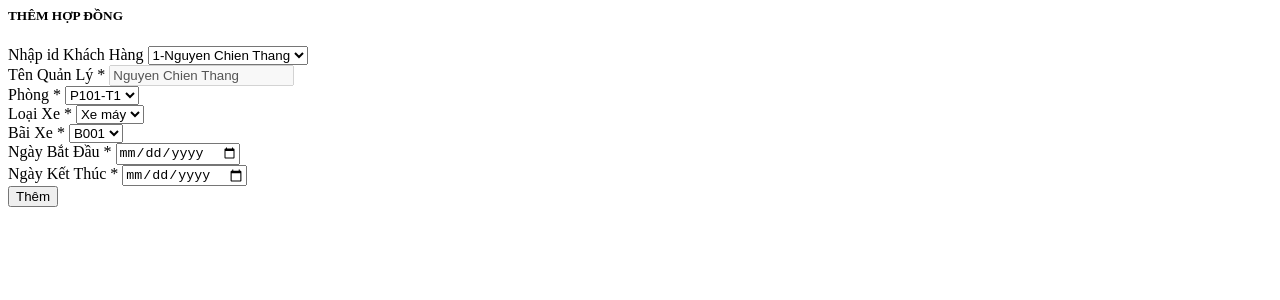
Repository: NguyenChienThangB1910143/QL_ChungCy
Page: http://localhost/hopdong/them
These files come from the project's save history. The page is drawn as it stood at one moment and after the next save; the edit follows.
The browser window is 1280 px wide. The pictures show the whole page.
The page is served by the project's Laravel application, run on PHP 8.4 with Laravel 10. The first stored user is signed in. Other server files are loaded and not shown. The database holds what the project's SQL file puts in it. Queries for data that is not in the repository find no rows.

Above is the page before, as saved 2023-08-28 13:09:16.

### routes/web.php
<?php
use App\Http\Controllers\Auth\LogoutController;
use App\Http\Controllers\Auth\LoginController;
use App\Http\Controllers\BaiXeController;
use App\Http\Controllers\HomeController;
use App\Http\Controllers\HopDongController;
use App\Http\Controllers\PhongController;
use App\Http\Controllers\ThongKeController;
use App\Http\Controllers\TaiKhoanController;
use App\Http\Controllers\TangController;
use App\Http\Controllers\ToaController;
use Illuminate\Support\Facades\Route;

/*
|--------------------------------------------------------------------------
| Web Routes
|--------------------------------------------------------------------------
|
| Here is where you can register web routes for your application. These
| routes are loaded by the RouteServiceProvider and all of them will
| be assigned to the "web" middleware group. Make something great!
|
*/

Route::get('/', function () {
    return view('chungcu');
});
//router login
Route::get('/login', [LoginController::class, 'getLogin'])->name('login');;
Route::post('/login', [LoginController::class, 'postLogin'])->name('post-login');
Route::any('/forgotpassword', [LoginController::class, 'forgotpassword'])->name('forgot-password');
Route::group(['middleware' => 'auth'], function () {
    // router home
    Route::get('/', [HomeController::class, 'index'])->name('home');
    Route::get('/logout', [LogoutController::class, 'getLogout'])->name('logout');
    //phong
    Route::get('/phong', [PhongController::class, 'index'])->name('phong');
    Route::get('/phong/them', [PhongController::class, 'them'])->name('phong-them');
    Route::post('/phong/them', [PhongController::class, 'store'])->name('phong-store');
    Route::get('/phong/chinhsua/{id_phong}', [PhongController::class, 'chinhsua'])->name('phong-chinhsua');
    Route::post('/phong/update/{id_phong}', [PhongController::class, 'update'])->name('phong-update');
    // hop dong
    Route::get('/hopdong', [HopDongController::class, 'index'])->name('hopdong');
    Route::get('/hopdong/capnhat/{id_hopdong}', [HopDongController::class, 'capnhat'])->name('hopdong-capnhat');
    Route::post('/hopdong/update/{id_hopdong}', [HopDongController::class, 'update'])->name('hopdong-update');
    Route::get('/hopdong/them', [HopDongController::class, 'them'])->name('hopdong-them');
    Route::post('/hopdong/them', [HopDongController::class, 'store'])->name('hopdong-store');
    Route::get('/hopdong/chitiet/{id_hopdong}', [HopDongController::class, 'chitiet'])->name('hopdong-chitiet');
    // Tang
    Route::get('/tang', [TangController::class, 'index'])->name('tang');
    Route::get('/tang/them', [TangController::class, 'them'])->name('tang-them');
    Route::post('/tang/them', [TangController::class, 'store'])->name('tang-store');
    Route::get('/tang/chinhsua/{id_tang}', [TangController::class, 'chinhsua'])->name('tang-chinhsua');
    Route::post('/tang/update/{id_tang}', [TangController::class, 'update'])->name('tang-update');
    // tai khoan
    Route::get('/taikhoan', [TaiKhoanController::class, 'index'])->name('taikhoan');
    Route::get('/taikhoan/them', [TaiKhoanController::class, 'them'])->name('taikhoan-them');
    Route::post('/taikhoan/them', [TaiKhoanController::class, 'store'])->name('taikhoan-store');
    Route::get('/taikhoan/chinhsua/{id}', [TaiKhoanController::class, 'chinhsua'])->name('taikhoan-chinhsua');
    Route::post('/taikhoan/update/{id}', [TaiKhoanController::class, 'update'])->name('taikhoan-update');
    // thong ke
    Route::get('/thongke', [ThongKeController::class, 'index'])->name('thongke');
    // bai xe
    Route::get('/baixe', [BaiXeController::class, 'index'])->name('baixe');
    Route::get('/baixe/them', [BaiXeController::class, 'them'])->name('baixe-them');
    Route::post('/baixe/them', [BaiXeController::class, 'store'])->name('baixe-store');
    Route::get('/baixe/chinhsua/{id_baixe}', [BaiXeController::class, 'chinhsua'])->name('baixe-chinhsua');
    Route::post('/baixe/update/{id_baixe}', [BaiXeController::class, 'update'])->name('baixe-update');
    //toa
    Route::get('/toa', [ToaController::class, 'index'])->name('toa');
    Route::get('/toa/them', [ToaController::class, 'them'])->name('toa-them');
    Route::post('/toa/them', [ToaController::class, 'store'])->name('toa-store');
    Route::get('/toa/chinhsua/{id_toa}', [ToaController::class, 'chinhsua'])->name('toa-chinhsua');
    Route::post('/toa/update/{id_toa}', [ToaController::class, 'update'])->name('toa-update');

});

### app/Models/User.php
<?php

namespace App\Models;

// use Illuminate\Contracts\Auth\MustVerifyEmail;
use Illuminate\Database\Eloquent\Factories\HasFactory;
use Illuminate\Foundation\Auth\User as Authenticatable;
use Illuminate\Notifications\Notifiable;
use Laravel\Sanctum\HasApiTokens;

class User extends Authenticatable
{
    use HasApiTokens, HasFactory, Notifiable;

    protected $table = 'users';


    protected $primarykey = 'id';

    protected $fillable = [
        'name',
        'ngaysinh',
        'email',
        'sdt',
        'password',
        'quyen',
        'STK'
    ];

    public $timestamps = true;

    /**
     * The attributes that should be cast to native types.
     *
     * @var array
     */

    public function setPasswordAttribute($value)
    {
        $this->attributes['password'] = bcrypt($value);
    }
}

### app/Http/Controllers/HopDongController.php
<?php

namespace App\Http\Controllers;

use App\Http\Controllers\Controller;
use App\Models\BaiXe;
use Illuminate\Http\Request;
use App\Models\HopDong;
use App\Models\User;
use App\Models\Phong;
use Illuminate\Support\Facades\Auth;
use Session;
class HopDongController extends Controller
{
    public function index()
    {
        $title = 'Hợp Đồng';
        $breadcrumbs = [
            [
                'name' => 'Hợp Đồng',
                'link' => './hopdong'
            ]
        ];
        $hopdong = HopDong::join('users as user', 'user.id', '=', 'hopdong.id_user')
                  ->join('users as ql', 'ql.id', '=', 'hopdong.id_ql')
                  ->join('phong', 'phong.id_phong', '=', 'hopdong.id_phong')
                  ->join('baixe', 'baixe.id_baixe', '=', 'hopdong.id_baixe')
                  ->select(
                      'hopdong.*',
                      'user.name as ten_user',
                      'ql.name as ten_ql',
                      'phong.ten as ten_phong',
                      'baixe.ms as ms_baixe'
                  )
                  ->paginate(5);


        return view('hopdong/hopdong', compact('title', 'hopdong', 'breadcrumbs'));
    }
    public function capnhat(Request $request)
    {
        $title = 'Hợp Đồng';

        $breadcrumbs = [
            [
                'name' => 'Hợp đồng',
                'link' => '../'
            ], [
                'name' => 'Cập nhật',
                'link' => './' . $request->id_hopdong
            ]
        ];
        $capnhathopdong = HopDong::join('users as user', 'user.id', '=', 'hopdong.id_user')
        ->join('users as ql', 'ql.id', '=', 'hopdong.id_ql')
        ->join('phong', 'phong.id_phong', '=', 'hopdong.id_phong')
        ->join('baixe', 'baixe.id_baixe', '=', 'hopdong.id_baixe')
        ->select(
            'hopdong.*',
            'user.name as ten_user',
            'ql.name as ten_ql',
            'phong.ten as ten_phong',
            'baixe.ms as ms_baixe'
        )->where('id_hopdong', $request->id_hopdong)->get();

        return view('hopdong/capnhat', compact('title', 'capnhathopdong', 'breadcrumbs'));
    }
    public function update(Request $request)
    {
        // dd($request);
        $user = User::where('name', $request->ten_user)->first();
        $userql= User::Where('name',$request->ten_ql)->first();
        $phong = Phong::where('ten', $request->ten_phong)->first();
        $baixe = Baixe::where('ms', $request->ms_baixe)->first();
        $suahopdong = HopDong::where('id_hopdong', $request->id_hopdong)->update([
            'id_hopdong' => $request->id_hopdong,
            'id_user' => $user->id,
            'id_ql' => $userql->id,
            'id_phong' => $phong->id_phong,
            'id_baixe' => $baixe->id_baixe,
            'ngaybatdau' => $request->ngaybatdau,
            'ngayketthuc' => $request->ngayketthuc,
        ]);
        if ($suahopdong) {
            Session::flash('success', 'Cập nhật thành công.');
            return response()->json(['status' => 'success', 'message' => 'Cập nhật thành công.']);
        }

        return redirect()->route('hopdong')->with('success', 'Sửa không thành công, không được chỉnh sửa mã hợp đồng');
    }
    public function them()
    {
        $title = 'Hợp đồng';
        $breadcrumbs = [
            [
                'name' => 'Hợp đồng',
                'link' => './'
            ], [
                'name' => 'Thêm',
                'link' => './them'
            ]
        ];
        $hopdong = hopdong::get();
        $user =User::get();
        $baixe=BaiXe::get();
        $phong=Phong::get();
        return view('hopdong/them', compact('title', 'breadcrumbs', 'hopdong','user', 'phong', 'baixe'));
    }
    public function store(Request $request)
    {
        // Lấy id người dùng đang đăng nhập
         $id_ql = Auth::user()->id;

        // Lấy id người dùng được chọn từ request

        // Tạo hợp đồng mới
            $addhopdong = new HopDong();

            $addhopdong->id_user = $request->user;
            $addhopdong->id_ql = $id_ql;
            $addhopdong->id_phong = $request->phong;
            $addhopdong->id_baixe = $request->baixe;
            $addhopdong->ngaybatdau = $request->input('ngaybatdau');
            $addhopdong->ngayketthuc = $request->input('ngayketthuc');
            $addhopdong->save();

    // Hiển thị danh sách hợp đồng
    return redirect()->route('hopdong')->with('success', 'Thêm thành công');
}
public function chitiet(Request $request)
{
    $title = 'Hợp đồng';
    $breadcrumbs = [
        [
            'name' => 'Hợp đồng',
            'link' => '../'
        ], [
            'name' => 'Chi tiết',
            'link' => './' . $request->id_hopdong
        ]
    ];
    $chitiethopdong = HopDong::join('users as user', 'user.id', '=', 'hopdong.id_user')
    ->join('users as ql', 'ql.id', '=', 'hopdong.id_ql')
    ->join('phong', 'phong.id_phong', '=', 'hopdong.id_phong')
    ->join('baixe', 'baixe.id_baixe', '=', 'hopdong.id_baixe')
    ->select(
        'hopdong.*',
        'user.name as ten_user',
        'ql.name as ten_ql',
        'phong.ten as ten_phong',
        'baixe.ms as ms_baixe'
    )->where('id_hopdong', $request->id_hopdong)->get();

    return view('hopdong/chitiet', compact('title', 'chitiethopdong', 'breadcrumbs'));
}
}

### app/Models/HopDong.php
<?php

namespace App\Models;

use Illuminate\Database\Eloquent\Factories\HasFactory;
use Illuminate\Database\Eloquent\Model;

class HopDong extends Model
{
    use HasFactory;
    protected $table = 'hopdong';

    protected $primarykey = 'id_hopdong';

    protected $fillable = [
        'id_user',
        'id_phong',
        'id_baixe',
        'ngaybatdau',
        'ngayketthuc'
    ];
    public function hopdong_user()
    {
        return $this->hasOne(User::class, 'id_user' ,'id_user');
    }
    public function hopdong_phong()
    {
        return $this->hasOne(Phong::class, 'id_phong' ,'id_phong');
    }
    public function hopdong_baixe()
    {
        return $this->hasMany(BaiXe::class, 'id_baixe' ,'id_baixe');
    }
}

### app/Models/BaiXe.php
<?php

namespace App\Models;

use Illuminate\Database\Eloquent\Factories\HasFactory;
use Illuminate\Database\Eloquent\Model;

class BaiXe extends Model
{
    use HasFactory;
    protected $table= 'baixe';
    protected $primarykey = 'id_baixe';
    protected $fillable = [
        'ms',
        'loaixe',
        'tinhtrang',
        'gia',
    ];
    public function hopdong()
    {
        return $this->hasOne(HopDong::class, 'id_baixe' ,'id_baixe');
    }
}

### app/Models/Phong.php
<?php

namespace App\Models;

use Illuminate\Database\Eloquent\Factories\HasFactory;
use Illuminate\Database\Eloquent\Model;

class Phong extends Model
{
    use HasFactory;
    protected $table = 'phong';

    protected $primarykey = 'id_phong';

    protected $fillable = [
        'id_tang',
        'ten',
        'tinhtrang',
        'gia'
    ];
    public function phong_tang()
    {
        return $this->belongsTo(Tang::class, 'id_tang' ,'id_tang');
    }
    public function phong_hopdong()
    {
        return $this->hasMany(HopDong::class, 'id_phong', 'id_phong');
    }
}

### resources/views/hopdong/them.blade.php
<!-- Content -->
@csrf

<div class="container col-md-auto mt-2">
    <div class="alert alert-primary">
        <div class="row justify-content-center">
            <h5 class="text-center" id="side12">THÊM HỢP ĐỒNG</h5>
        </div>
        <div class="mb-3 option-user">
                <label class="form-label">Nhập id Khách Hàng</label>
                <select type="text" class="form-control" id="search" placeholder="Nhập id" list="userList" name="user">
                    <datalist id="userList">
                        @foreach($user as $user)
                        <option value="{{$user->id}}">{{$user->id}}-{{ $user->name }}</option>
                        @endforeach
                    </datalist>
                </select>
        </div>
        <div class="mb-3 option-ql">
            <label class="form-label">Tên Quản Lý
                <span id="colorIcon">*</span>
            </label>
            <input disabled required class="form-control" type="text" name="ten_ql" value="{{Auth::user()->name}}">
        </div>
        <div class="mb-3 option-phong">
            <label class="form-label">Phòng
                <span id="colorIcon">*</span>
            </label>
            <select style="cursor: pointer;" class="form-control" aria-label="Default select example" id="phong" name="phong">
                @foreach($phong as $phong)
                <option value="{{$phong->id_phong}}">{{$phong->ten}}</option>
                @endforeach
            </select>
        </div>
        <div class="mb-3 option-loaixe">
    <label class="form-label">Loại Xe
        <span id="colorIcon">*</span>
    </label>
    <select style="cursor: pointer;" class="form-control" aria-label="Default select example" id="loaixe" name="loaixe">
        <option value="xe máy">Xe máy</option>
        <option value="ô tô">Ô tô</option>
    </select>
</div>

<div class="mb-3 option-baixe">
    <label class="form-label">Bãi Xe
        <span id="colorIcon">*</span>
    </label>
    <select style="cursor: pointer;" class="form-control" aria-label="Default select example" id="baixe" name="baixe">
        @foreach($baixe as $baixe)
            @if($baixe->loaixe == 'Xe máy')
                <option value="{{$baixe->id_baixe}}">{{$baixe->ms}}</option>
            @endif
        @endforeach
    </select>
</div>
        <div class="mb-3 option-ngaybatdau">
            <label class="form-label">Ngày Bắt Đầu
                <span id="colorIcon">*</span>
            </label>
            <input required class="form-control" type="date" name="ngaybatdau">
        </div>
        <div class="mb-3 option-ngayketthuc">
            <label class="form-label">Ngày Kết Thúc
                <span id="colorIcon">*</span>
            </label>
            <input required class="form-control" type="date" name="ngayketthuc">
        </div>
        <div class="row justify-content-center">
            <button type="submit" class="btn btn-success col-md-5" id="">Thêm</button>
        </div>
    </div>
</div>
<script>
    // Lắng nghe sự kiện thay đổi giá trị của trường loaixe
    document.getElementById('loaixe').addEventListener('change', function() {
        // Lấy giá trị của trường loaixe
        var loaixe = this.value;

        // Lấy danh sách các option trong trường baixe
        var options = document.querySelectorAll('#baixe option');

        // Duyệt qua từng option
        options.forEach(function(option) {
            // Lấy giá trị của option
            var value = option.value;

            // Tìm bãi xe tương ứng với giá trị của option
            var baixe = @json($baixe).find(function(baixe) {
                return baixe.id_baixe == value;
            });

            // Nếu bãi xe có loại xe khớp với giá trị của trường loaixe
            if (baixe.loaixe == loaixe) {
                // Hiển thị option
                option.style.display = 'block';
            } else {
                // Ẩn option
                option.style.display = 'none';
            }
        });
    });
    // Lấy phần tử input và datalist
const searchInput = document.querySelector('#search');
const userList = document.querySelector('#userList');

// Lắng nghe sự kiện 'input' trên phần tử input
searchInput.addEventListener('input', function() {
    // Lấy giá trị của phần tử input
    const searchValue = searchInput.value.trim().toLowerCase();

    // Lọc danh sách người dùng dựa trên giá trị tìm kiếm
    const filteredUsers = users.filter(function(user) {
        return user.name.toLowerCase().includes(searchValue);
    });

    // Cập nhật danh sách tùy chọn trong phần tử datalist
    userList.innerHTML = '';
    for (const user of filteredUsers) {
        const option = document.createElement('option');
        option.value = user.name;
        userList.appendChild(option);
    }
});
</script>

### chungcutest.sql (the tables this page reads)
CREATE TABLE `baixe` (
  `id_baixe` int(11) NOT NULL,
  `ms` varchar(255) NOT NULL,
  `loaixe` varchar(255) NOT NULL,
  `tinhtrang` int(11) DEFAULT NULL,
  `gia` double NOT NULL,
  `created_at` timestamp NULL DEFAULT NULL,
  `updated_at` timestamp NULL DEFAULT NULL
) ENGINE=InnoDB DEFAULT CHARSET=utf8mb4 COLLATE=utf8mb4_general_ci;

INSERT INTO `baixe` (`id_baixe`, `ms`, `loaixe`, `tinhtrang`, `gia`, `created_at`, `updated_at`) VALUES
(3, 'A001', 'Ô tô', 0, 100000, '2023-12-04 21:37:57', '2023-12-04 21:37:57'),
(4, 'B001', 'Xe máy', 0, 50000, '2023-12-04 21:38:21', '2023-12-04 21:38:21');

ALTER TABLE `baixe`
  ADD PRIMARY KEY (`id_baixe`);

ALTER TABLE `baixe`
  MODIFY `id_baixe` int(11) NOT NULL AUTO_INCREMENT, AUTO_INCREMENT=5;

CREATE TABLE `phong` (
  `id_phong` int(11) NOT NULL,
  `ten` varchar(255) NOT NULL,
  `id_tang` int(11) NOT NULL,
  `tinhtrang` int(11) DEFAULT NULL,
  `created_at` timestamp NULL DEFAULT NULL,
  `updated_at` timestamp NULL DEFAULT NULL
) ENGINE=InnoDB DEFAULT CHARSET=utf8mb4 COLLATE=utf8mb4_general_ci;

INSERT INTO `phong` (`id_phong`, `ten`, `id_tang`, `tinhtrang`, `created_at`, `updated_at`) VALUES
(8, 'P101-T1', 4, 0, '2023-12-04 21:35:05', '2023-12-04 21:35:05'),
(9, 'P102-T1', 4, 0, '2023-12-04 21:35:30', '2023-12-04 21:35:30'),
(10, 'P103-T1', 4, 0, '2023-12-04 21:35:52', '2023-12-04 21:35:52'),
(11, 'P104-T1', 4, 0, '2023-12-04 21:36:18', '2023-12-04 21:36:18'),
(12, 'P105-T1', 4, 0, '2023-12-04 21:36:44', '2023-12-04 21:36:44');

ALTER TABLE `phong`
  ADD PRIMARY KEY (`id_phong`);

ALTER TABLE `phong`
  MODIFY `id_phong` int(11) NOT NULL AUTO_INCREMENT, AUTO_INCREMENT=13;

CREATE TABLE `users` (
  `id` int(11) NOT NULL,
  `name` varchar(255) NOT NULL,
  `ngaysinh` date DEFAULT NULL,
  `email` varchar(255) NOT NULL,
  `sdt` varchar(20) NOT NULL,
  `password` varchar(255) NOT NULL,
  `quyen` int(11) NOT NULL,
  `STK` varchar(255) NOT NULL,
  `trangthai` int(11) DEFAULT NULL,
  `created_at` timestamp NULL DEFAULT NULL,
  `updated_at` timestamp NULL DEFAULT NULL
) ENGINE=InnoDB DEFAULT CHARSET=utf8mb4 COLLATE=utf8mb4_general_ci;

INSERT INTO `users` (`id`, `name`, `ngaysinh`, `email`, `sdt`, `password`, `quyen`, `STK`, `trangthai`, `created_at`, `updated_at`) VALUES
(1, 'Nguyen Chien Thang', '2001-03-26', 'nguyenchienthang2632001@gmail.com', '0582427509', '$2y$10$SxP62ScawJ1/0p5Z1a.abuD/SD6Jx6i3fLJ7hGurI5XMRNDW/E402', 0, '6546545466', 1, NULL, '2023-11-27 04:43:20'),
(6, 'Nguyen Van A', '2023-12-08', 'a@gmail.com', '0545154815', '$2y$10$886oVFZFLkfpyjHaJsEDcOHqhUWV8BBoecl2p44Z5ZqfF5W31yTzK', 2, '165512185151', 1, '2023-12-08 00:41:54', '2023-12-08 00:41:54');

ALTER TABLE `users`
  ADD PRIMARY KEY (`id`);

ALTER TABLE `users`
  MODIFY `id` int(11) NOT NULL AUTO_INCREMENT, AUTO_INCREMENT=7;

Loaded but not shown: app/Providers/AppServiceProvider.php (common file); app/Http/Controllers/Controller.php (common file)

After the next save:
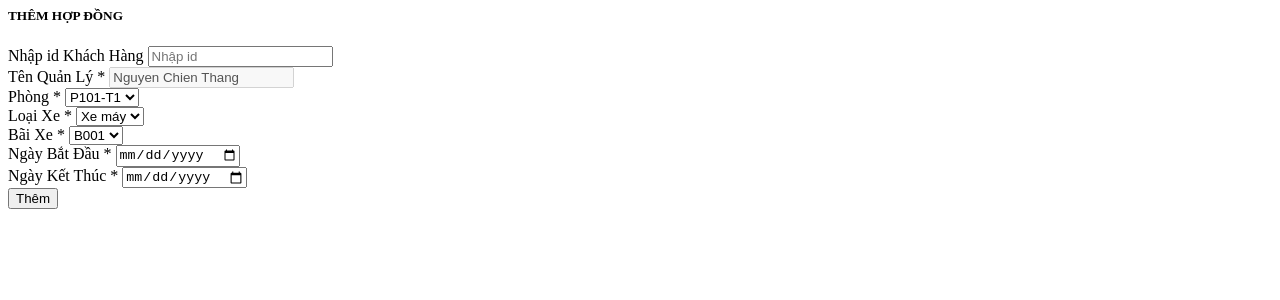
Saved 6 min 43 s later.
--- a/resources/views/hopdong/them.blade.php
+++ b/resources/views/hopdong/them.blade.php
@@ -8,13 +8,13 @@
         </div>
         <div class="mb-3 option-user">
                 <label class="form-label">Nhập id Khách Hàng</label>
-                <select type="text" class="form-control" id="search" placeholder="Nhập id" list="userList" name="user">
+                <input type="text" class="form-control" id="search" placeholder="Nhập id" list="userList" name="user">
                     <datalist id="userList">
                         @foreach($user as $user)
-                        <option value="{{$user->id}}">{{$user->id}}-{{ $user->name }}</option>
+                        <option value="{{$user->id}}">{{ $user->name }}</option>
                         @endforeach
                     </datalist>
-                </select>
+                </input>
         </div>
         <div class="mb-3 option-ql">
             <label class="form-label">Tên Quản Lý
